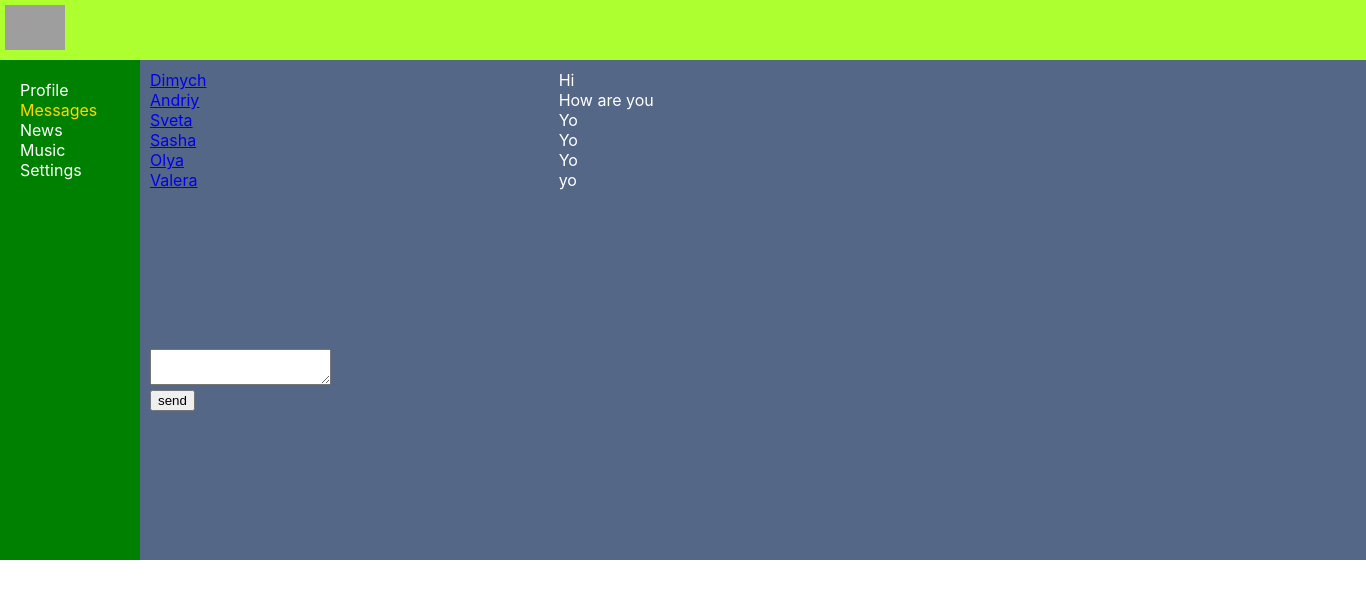
Repository: AndreyMykulych/FirstProject
Page: /dialogs
An editor plug-in stored every save of this project. The page is shown before and after the next save, followed by the edit.
The browser window is 1280 px wide. The page is 1366 px wide, so the pictures cover 1366 px, including what lies to the right of the window. The pictures show the whole page.
Pictures or frames that could not be fetched are drawn as grey boxes. The project was rebuilt for these pictures with package versions that can differ from the ones it lists, and the page was loaded fresh each time. Also part of the build but not shown: src/components/Profile/MyPosts/MyPosts.module.css, src/components/Profile/MyPosts/Post/Post.module.css, src/components/Profile/MyPosts/Post/Post.jsx, src/components/Profile/MyPosts/MyPosts.jsx, src/components/Profile/ProfileInfo/ProfileInfo.module.css, src/components/Profile/ProfileInfo/ProfileInfo.jsx, src/components/Profile/Profile.jsx.

Above is the page before, as saved 2022-06-18 15:55:15.

After the next save:
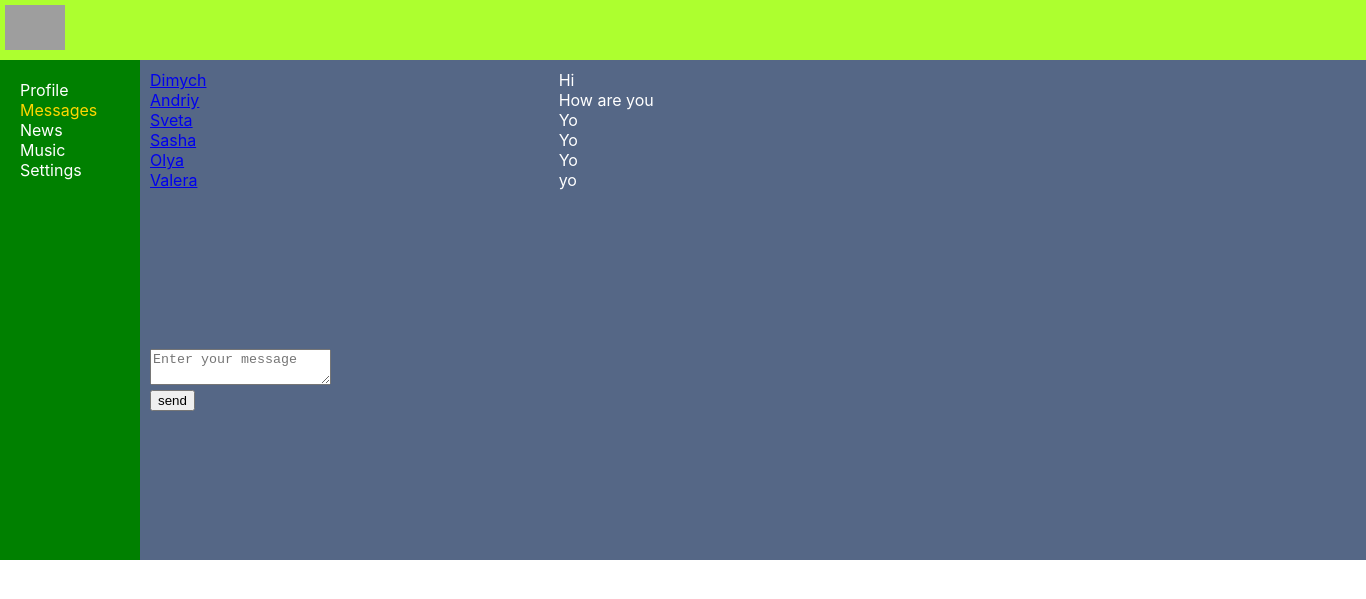
Saved 2 min 45 s later.
--- a/src/components/Dialogs/Dialogs.jsx
+++ b/src/components/Dialogs/Dialogs.jsx
@@ -31,14 +31,13 @@ const Dialogs = (props) => {
             </div>
             <div className={s.textBlock}>
                 <textarea
+                    placeholder="Enter your message"
                     ref={newMessageElement}
                     value={props.Messages.newDialogMessage}
                     onChange={onChangeMessage}>
                 </textarea>
                 <div className={s.btnBlock}>
-                    <button onClick={sendMessage}
-
-                    >send</button>
+                    <button onClick={sendMessage}>send</button>
                 </div>
             </div>
 
